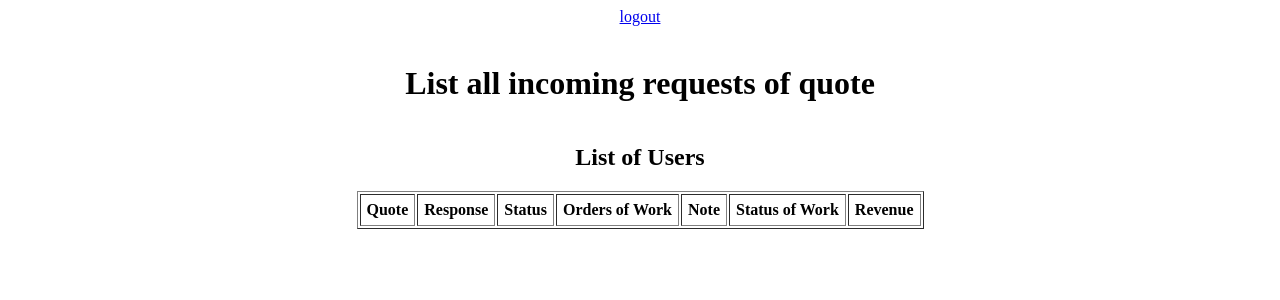
Repository: Sahithkonuganti/DatabaseProject
Page: http://localhost/database/davidView.jsp
The author's editor kept a copy of each file at every save. The page is drawn from the files as they stood at one save, then again after the next save.
The browser window is 1280 px wide. The pictures show the whole page.
The page is served by Tomcat 9.

Above is the page before, as saved 2023-10-27 20:28:27.

After the next save:
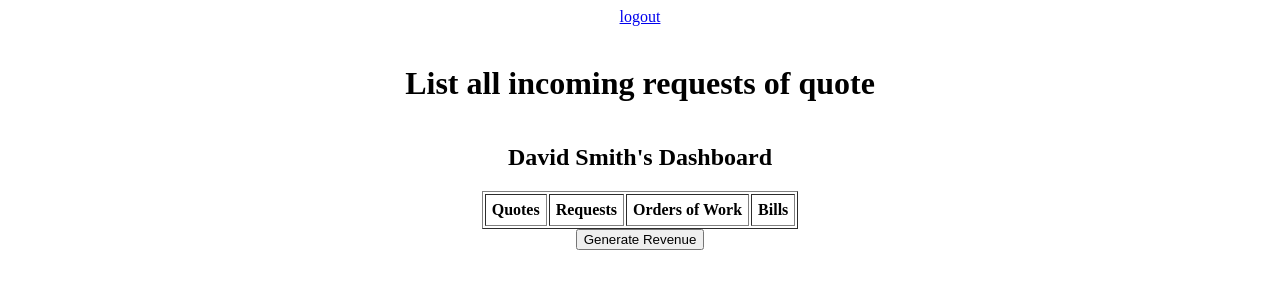
Saved 11 min 33 s later.
--- a/database/WebContent/davidView.jsp
+++ b/database/WebContent/davidView.jsp
@@ -20,15 +20,12 @@
 <h1>List all incoming requests of quote</h1>
     <div align="center">
         <table border="1" cellpadding="6">
-            <caption><h2>List of Users</h2></caption>
+            <caption><h2>David Smith's Dashboard</h2></caption>
             <tr>
-                <th>Quote</th>
-                <th>Response</th>
-                <th>Status</th>
+                <th>Quotes</th>
+                <th>Requests</th>
                 <th>Orders of Work</th>
-                <th>Note</th>
-                <th>Status of Work</th>
-                <th>Revenue</th>
+                <th>Bills</th>
                 <!-- <th>PPS_bal</th> -->
             </tr>
             <c:forEach var="users" items="${listUser}">
@@ -44,7 +41,10 @@
             </c:forEach>
         </table>
 	</div>
-	</div>
+	<form action = "generate">
+		<input type = "submit" value = "Generate Revenue"/>
+	</form>
+</div>
 
 </body>
 </html>
